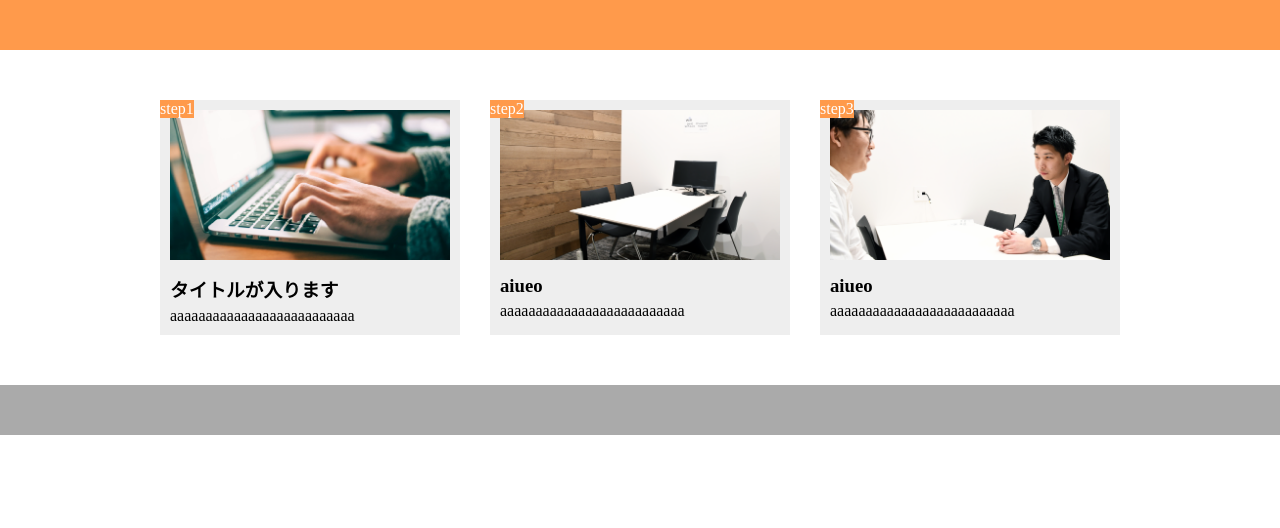
Repository: shimizuayuka/wcp_PHP
Page: chapter9/index.html
The author's editor kept a record of every edit. The page is drawn from the files as they stood at one moment, then again after the next edit.
The browser window is 1280 px wide. The pictures show the whole page.

Above is the page before.

### chapter9/index.html
<!DOCTYPE html>
<html lang="ja">
  <head>
    <meta charset="UTF-8">
    <meta name="viewport" content="width=device-width,initial-scale=1.0">
    <title>9章演習</title>
    <link rel="stylesheet" href="style.css">
  </head>
  <body>
    <header></header>
    <main>
      <div class="step-box">
        <div class="step-img1"></div>
        <sapn class="step-num">step1</sapn>
        <h3 class="title">タイトルが入ります</h3>
        <p class="text">
          aaaaaaaaaaaaaaaaaaaaaaaaaa
        </p>
      </div>
      <div class="step-box">
        <div class="step-img2"></div>
        <sapn class="step-num">step2</sapn>
        <h3 class="title">aiueo</h3>
        <p class="text">
          aaaaaaaaaaaaaaaaaaaaaaaaaa
        </p>
      </div>
      <div class="step-box">
        <div class="step-img3"></div>
        <sapn class="step-num">step3</sapn>
        <h3 class="title">aiueo</h3>
        <p class="text">
          aaaaaaaaaaaaaaaaaaaaaaaaaa
        </p>
      </div>
    </main>
    <footer></footer>
  </body>
</html>

### chapter9/style.css
* {
  margin: 0;
  padding: 0;
  box-sizing: border-box;
}

header {
  /*width: 100%;*/
  height: 50px;
  background-color: #ff9a4b;
}

main {
  width: 960px;
  margin: 50px auto;
  display: flex;
}

.step-box {
  width: 300px;
  margin-right: 30px;
  padding: 10px;
  position: relative;
  background-color: #eee;
}

.step-box:last-child {
  margin-right:0;
}

.step-img1 {
  height: 150px;
  background-image: url(img/flow01.png);
  background-position: bottom;
  background-size: cover;
}

.step-img2 {
  height: 150px;
  background-image: url(img/flow02.png);
  background-position: bottom;
  background-size: cover;
}

.step-img3 {
  height: 150px;
  background-image: url(img/flow03.png);
  background-position: bottom;
  background-size: cover;
}

.step-num {
  position: absolute;
  top: 0;
  left: 0;
  background-color: #ff9a4b;
  color: #fff;
}

.title {
  margin: 15px 0 5px;
}

footer {
  height: 50px;
  background-color: #aaa;
}

 @media screen and (max-width: 768px) {
   header {
    width: 100%;
  }

  main {
    width: 100%;
    display: block;
  }

  .step-box {
    width: 90%;
    margin: 20px auto;
  }

  .step-box:last-child {
    margin-right: auto;
  }

  footer {
    width: 100%;
  }
}

After the next edit:
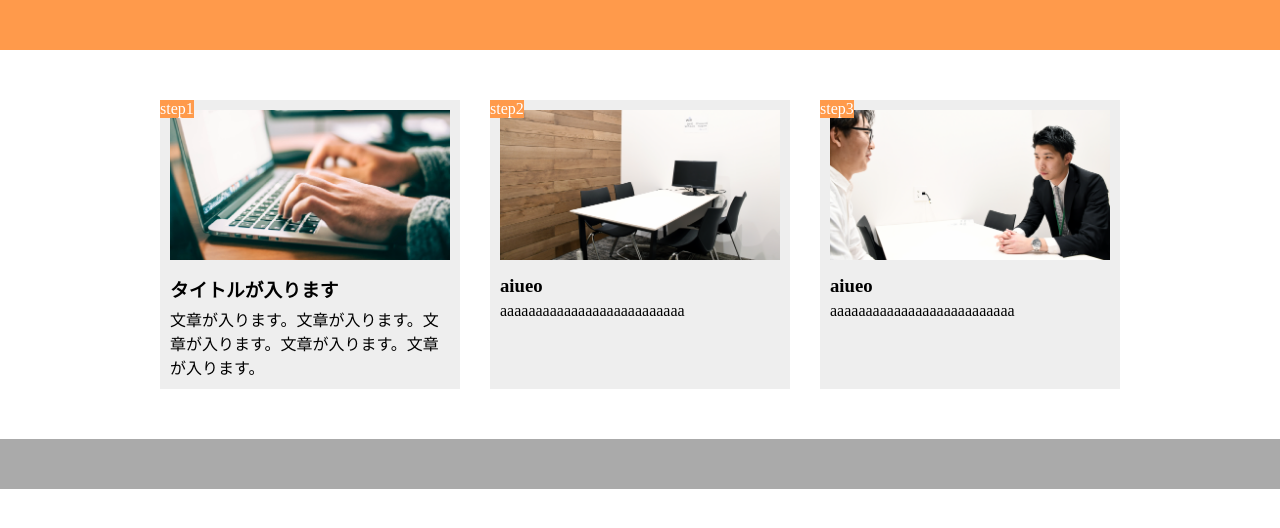
The edit:
--- a/chapter9/index.html
+++ b/chapter9/index.html
@@ -14,7 +14,7 @@
         <sapn class="step-num">step1</sapn>
         <h3 class="title">タイトルが入ります</h3>
         <p class="text">
-          aaaaaaaaaaaaaaaaaaaaaaaaaa
+          文章が入ります。文章が入ります。文章が入ります。文章が入ります。文章が入ります。
         </p>
       </div>
       <div class="step-box">
